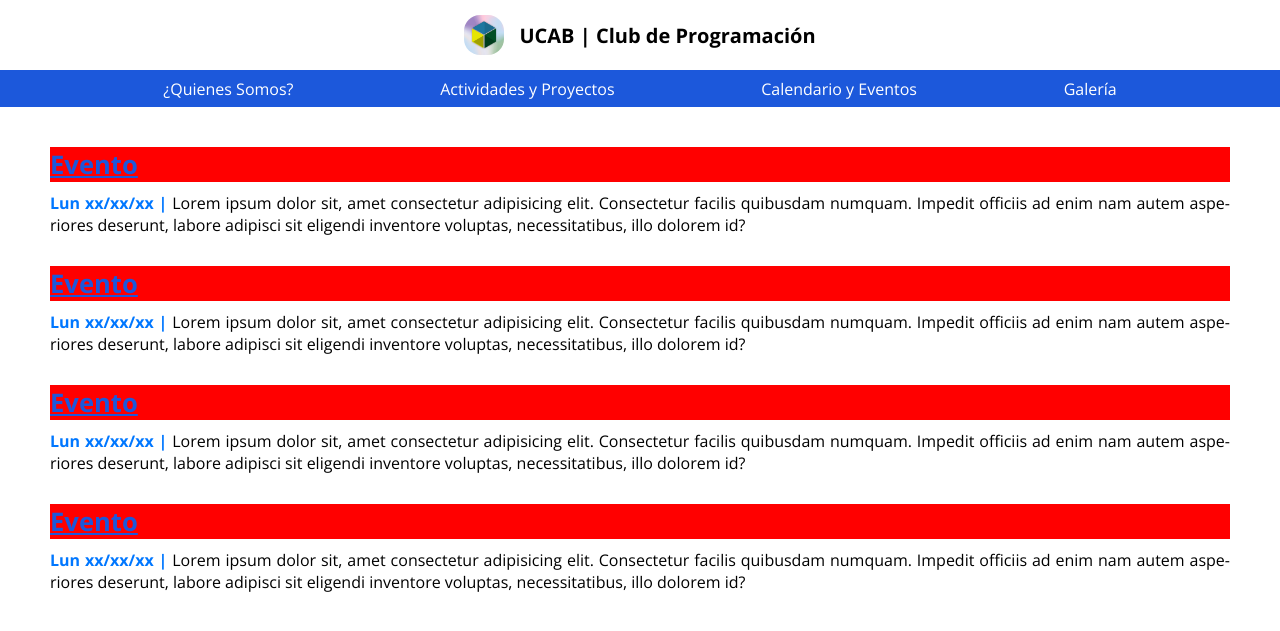
Repository: LuisR404/LandingPage
Page: Pages/CalendarioYEventos.html
These files come from the project's save history. The page is drawn as it stood at one moment and after the next save; the edit follows.
The browser window is 1280 px wide. The pictures show the whole page.

Above is the page before, as saved 2025-11-24 14:36:11.

After the next save:
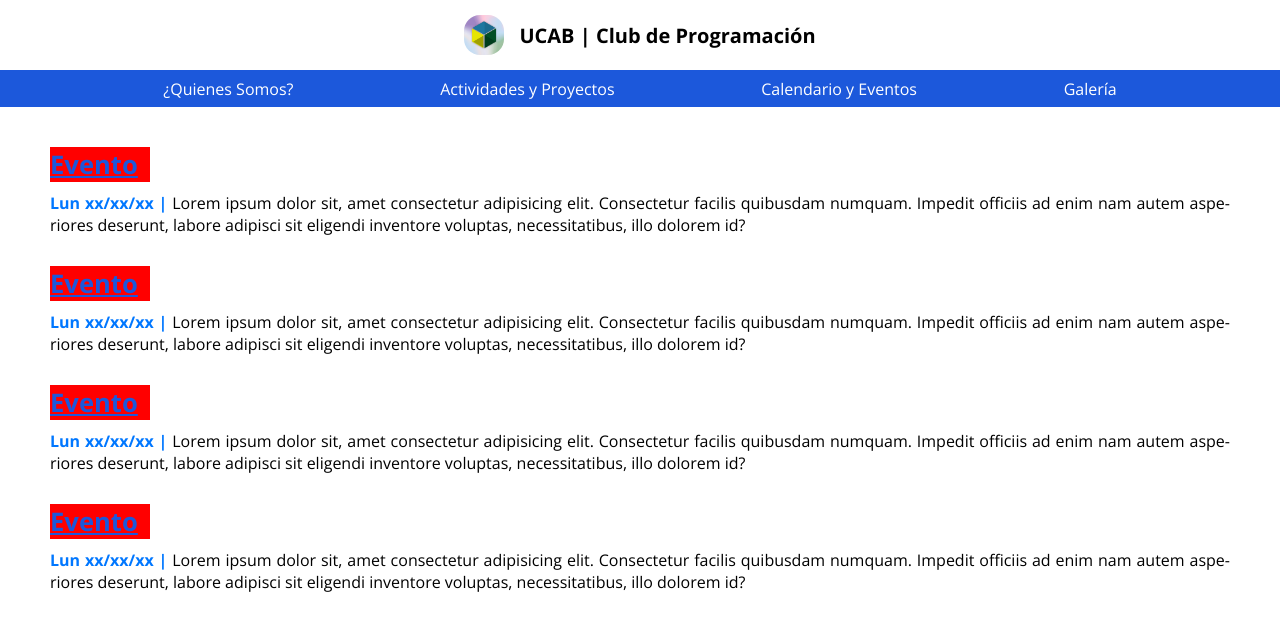
Saved 7 s later.
--- a/Styles/CalendarioYEventos.css
+++ b/Styles/CalendarioYEventos.css
@@ -21,7 +21,7 @@ img {
     text-decoration: underline;
     color: #1C58DB;
 
-    width: object-fit;
+    width: 100px;
     background-color: red;
     margin-bottom: 10px;
 }
